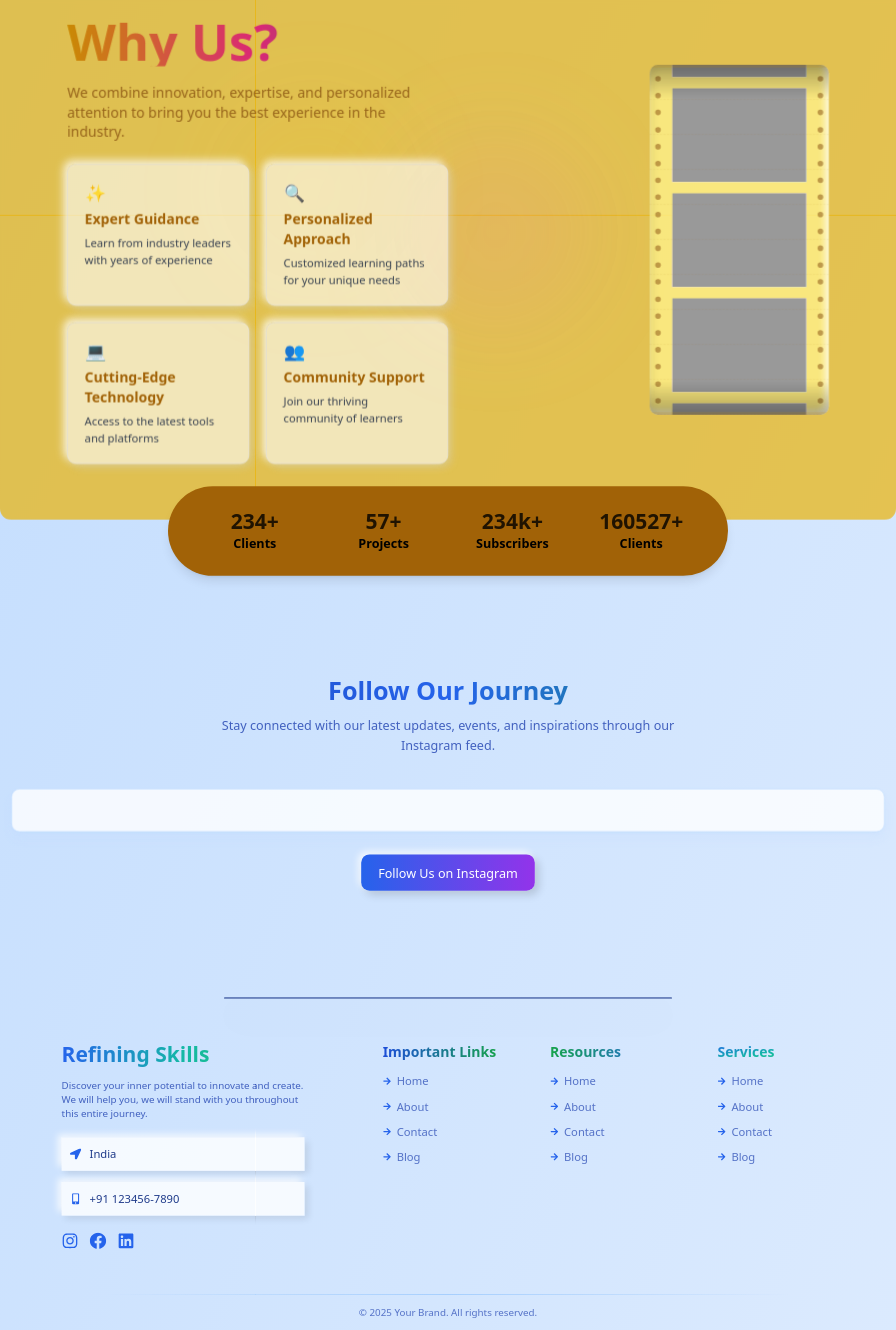
Repository: Kish202/rsacademy
Page: / (app in frontend/)
The author's editor kept a copy of each file at every save. The page is drawn from the files as they stood at one save, then again after a run of saves.
The browser window is 1280 px wide. The pictures show the part of the page from y = 842 to 2762 px (the page is 2742 px tall before and 2762 px after), at 70% of full size.
Pictures or frames that could not be fetched are drawn as grey boxes. The project was rebuilt for these pictures with package versions that can differ from the ones it lists, and the page was loaded fresh each time. Also part of the build but not shown: frontend/vite.config.js, frontend/src/components/ReviewsFeed.jsx.

Above is the page before, as saved 2025-04-27 23:20:03.

After the next 2 saves:
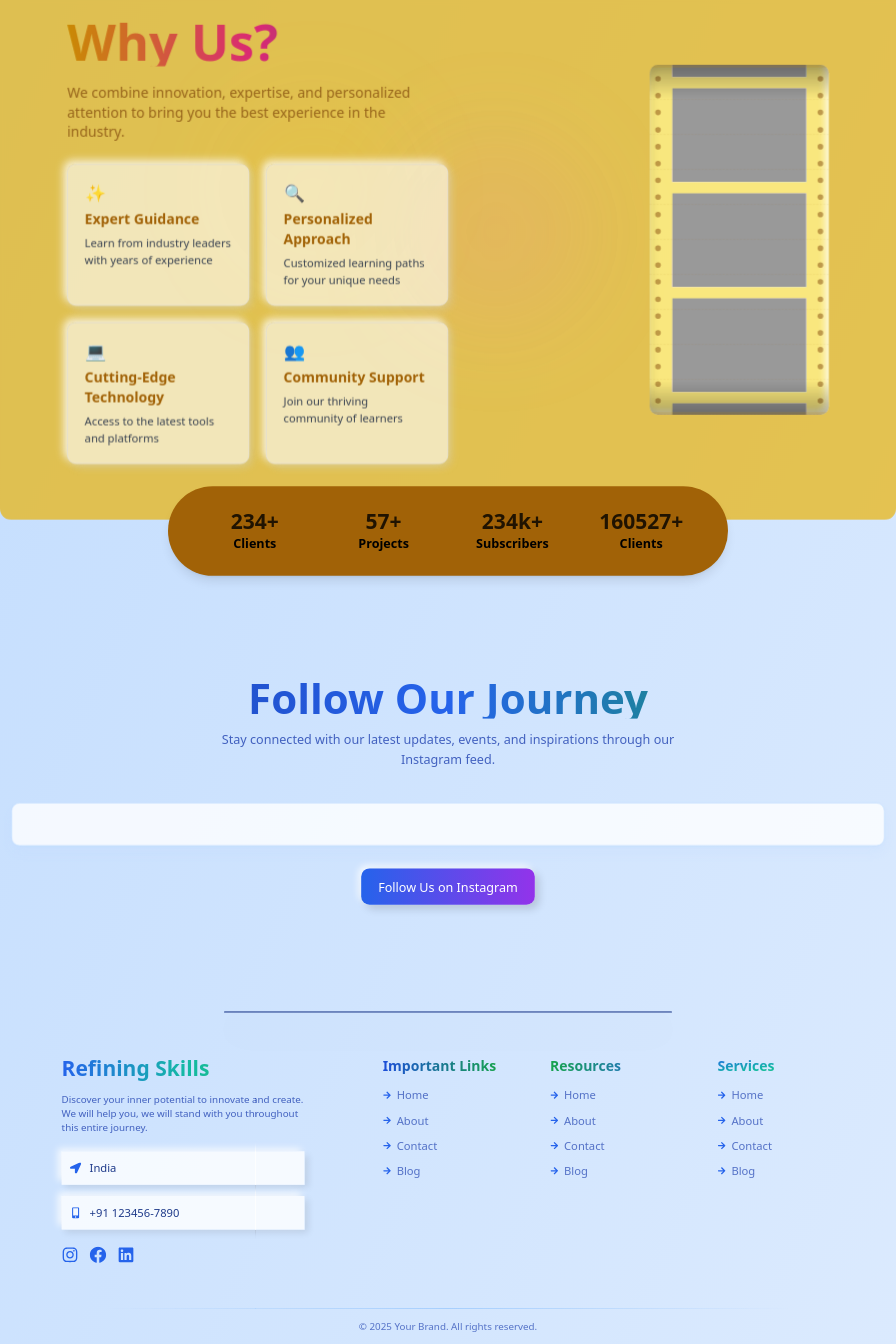
The 2 saves are shown as one change because they came seconds apart.
The last was saved 73 s later.
--- a/frontend/src/components/InstagramFeed.jsx
+++ b/frontend/src/components/InstagramFeed.jsx
@@ -30,7 +30,7 @@ const InstagramFeed = () => {
       <div className="container mx-auto px-4">
         {/* Section Title */}
         <div className="text-center mb-12" data-aos="fade-up" data-aos-duration="1000">
-          <h2 className={`text-3xl md:text-4xl font-bold font-satoshi mb-4
+          <h2 className={`text-3xl md:text-6xl font-bold font-satoshi mb-4
             ${isDarkMode
               ? 'bg-gradient-to-r from-yellow-300 via-pink-400 to-green-400 bg-clip-text text-transparent'
               : 'bg-gradient-to-r from-blue-800 via-blue-600 to-green-600 bg-clip-text text-transparent'}`}>
